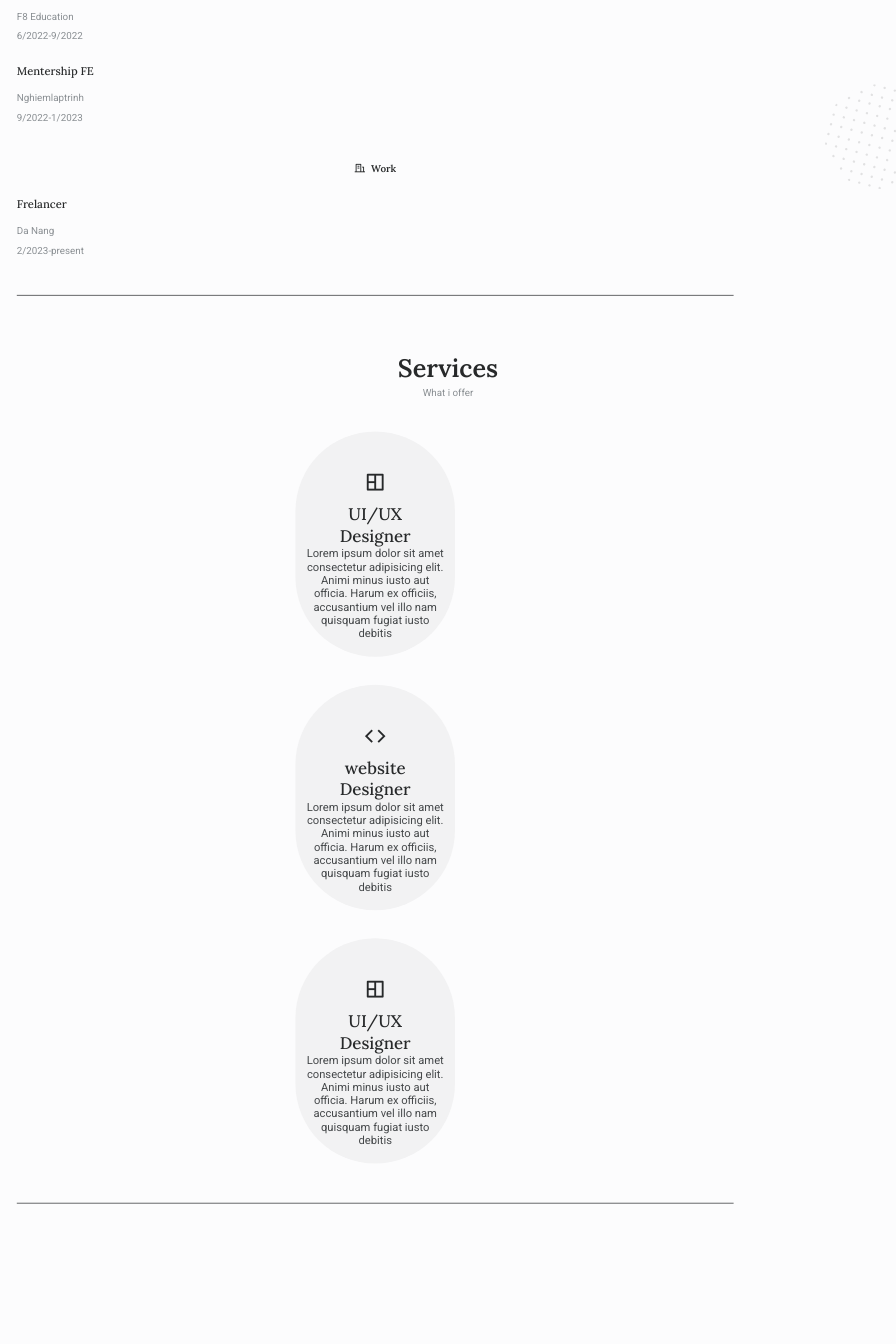
Repository: hnguyeng/myportfoliohongnguyen
Page: index.html
An editor plug-in stored every save of this project. The page is shown before and after the next save, followed by the edit.
The browser window is 1280 px wide. The pictures show the part of the page from y = 3545 to 5465 px (the page is 5465 px tall), at 70% of full size.
Some web libraries are served in a nearby version.

Above is the page before, as saved 2023-07-19 22:23:58.

After the next save:
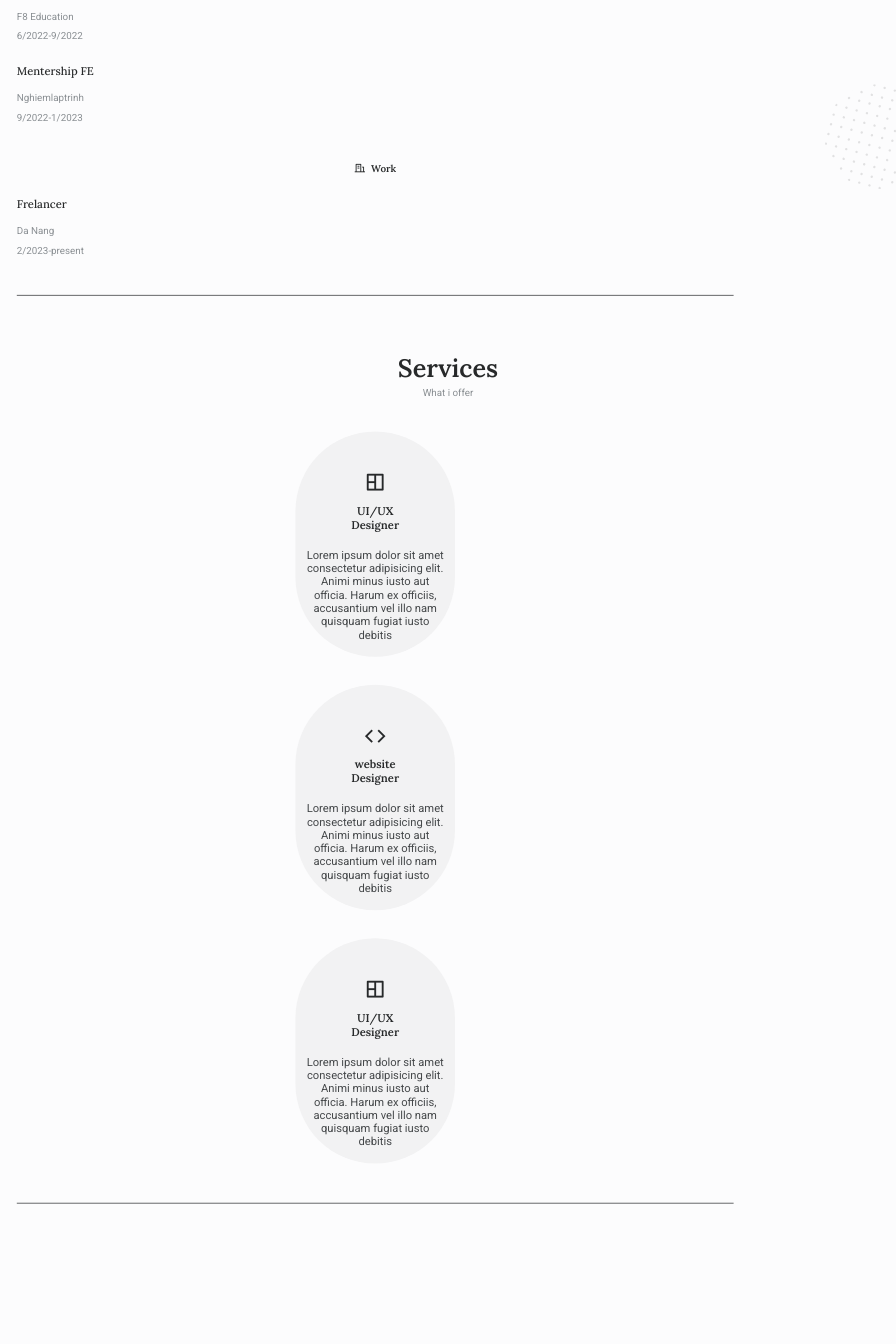
Saved 17 min 48 s later.
--- a/assets/css/style.css
+++ b/assets/css/style.css
@@ -417,3 +417,8 @@ img{
     margin-bottom: .75rem;
     transition: transform .8s;
 }
+.services__title{
+    font-size: var(--h2-font-size);
+    font-weight: var(--font-semi-bold);
+    margin-bottom: 1.5rem;
+}
